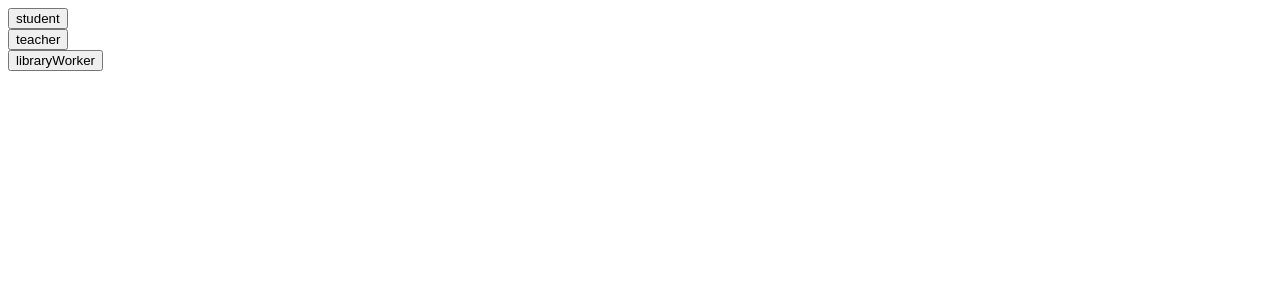
Repository: shulamitProjects/Java
Page: http://localhost/ProjectLibary/
An editor plug-in stored every save of this project. The page is shown before and after the next save, followed by the edit.
The browser window is 1280 px wide. The pictures show the whole page.
The page is served by Tomcat 10.

Above is the page before, as saved 2024-01-29 11:46:55.

After the next save:
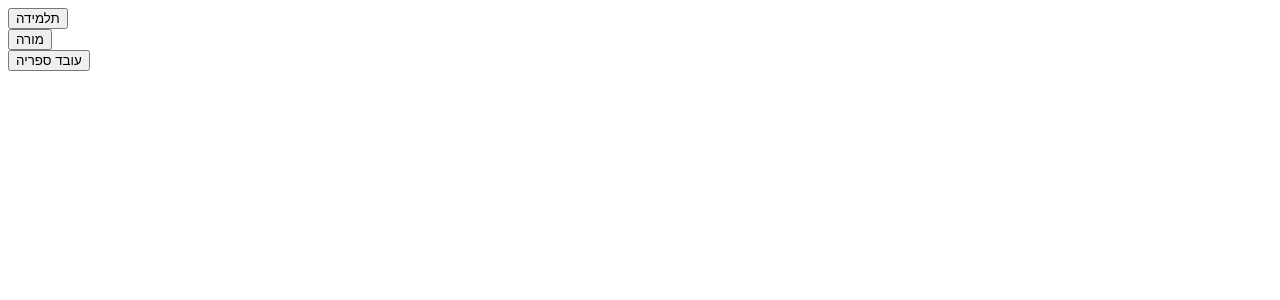
Saved 90 s later.
--- a/project/project_25-01/ProjectLibary/src/main/webapp/HomePage.jsp
+++ b/project/project_25-01/ProjectLibary/src/main/webapp/HomePage.jsp
@@ -7,15 +7,15 @@
 </head>
 <body>
 <form method="get" action="/ProjectLibary/LoginStudent.jsp">
-	<input type="submit" value="student"></td>
+	<input type="submit" value="תלמידה"></td>
 </form>
 
 <form method="get" action="/ProjectLibary/LoginTeacher.jsp">
-	<input type="submit"  value="teacher"></td>
+	<input type="submit"  value="מורה"></td>
 </form>
 
 <form method="get" action="/ProjectLibary/LoginWorker.jsp">
-	<input type="submit"  value="libraryWorker"></td>
+	<input type="submit"  value="עובד ספריה"></td>
 </form>
 </body>
 </html>
